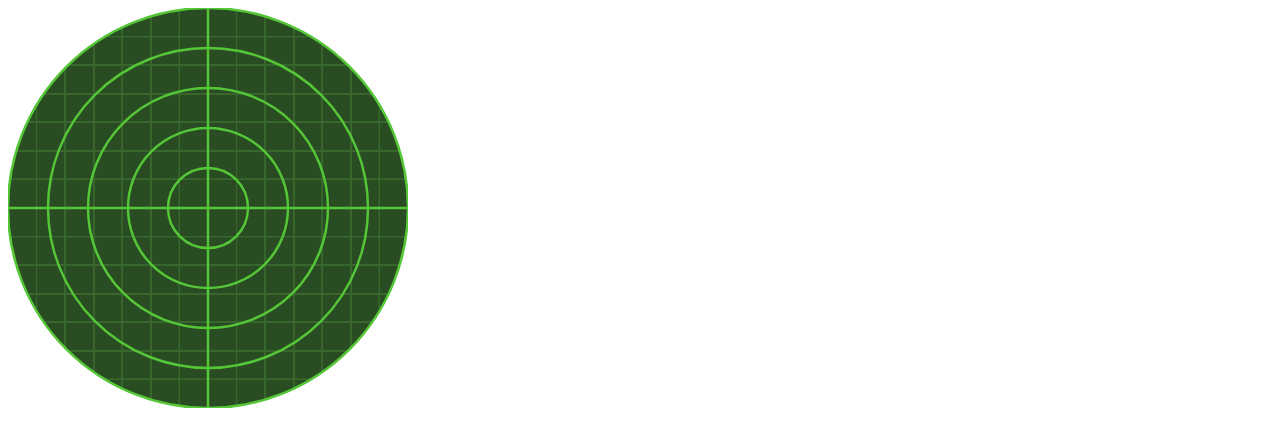
Repository: pedro-mancano/ProjetoCDM204
Page: scripts/radar.html
The author's editor kept a copy of each file at every save. The page is drawn from the files as they stood at one save, then again after the next save.
The browser window is 1280 px wide. The pictures show the whole page.

Above is the page before, as saved 2024-11-27 08:39:41.

### scripts/radar.html
<html>

<head>
  <title>Radars</title>
  <link rel="stylesheet" type="text/css" href="./radar.css">
</head>

<body>
  <div class="radar">
    <canvas id="radarCanvas" width="400" height="400"></canvas>
  </div>
  <script src="./radar.js"></script>

</html>

### scripts/radar.js
const canvas = document.getElementById('radarCanvas');
const ctx = canvas.getContext('2d');
let lastDraw = performance.now();

function draw(elapsed) {
  ctx.clearRect(0, 0, canvas.width, canvas.height);

  const height = canvas.height;
  const width = canvas.width;
  const R = canvas.height / 2;


  // Draw the radar circle
  ctx.fillStyle = '#294c22';
  ctx.beginPath();
  ctx.arc(R, R, 200, 0, 2 * Math.PI);
  ctx.fill();

  //
  ctx.strokeStyle = '#3a682e';
  ctx.lineWidth = 1;
  for (let i = 0; i < 2 * R; i += R / 7) {
    for (let j = 0; j < 2 * R; j += R / 7) {
      ctx.beginPath();
      ctx.moveTo(i, 0);
      ctx.lineTo(i, 2 * R);
      ctx.stroke();
      ctx.beginPath();
      ctx.moveTo(0, j);
      ctx.lineTo(2 * R, j);
      ctx.stroke();
    }
  }

  // Clear the outside circle
  ctx.globalCompositeOperation = 'destination-in';
  ctx.fillStyle = '#FFFFFF';
  ctx.beginPath();
  ctx.arc(R, R, 200, 0, 2 * Math.PI);
  ctx.fill();
  ctx.globalCompositeOperation = 'source-over';


  // Draw grid lines (4 lines, 90 degrees apart)
  ctx.strokeStyle = '#54c638';
  ctx.lineWidth = 2.5;
  for (let i = 0; i < 360; i += 90) {
    ctx.beginPath();
    ctx.moveTo(R, R);
    ctx.lineTo(R + 200 * Math.cos(i * Math.PI / 180), R + 200 * Math.sin(i * Math.PI / 180));
    ctx.stroke();
  }

  // Circle outlines 5
  for (let i = 0; i < 6; i++) {
    ctx.beginPath();
    ctx.arc(R, R, R / 5 * i, 0, 2 * Math.PI);
    ctx.stroke();
  }
}

function drawLoop() {
  draw(performance.now() - lastDraw);
  lastDraw = performance.now();
  requestAnimationFrame(drawLoop);
}

requestAnimationFrame(drawLoop);

Loaded but not shown: scripts/radar.css (no stored copy; drawn as an empty file)

After the next save:
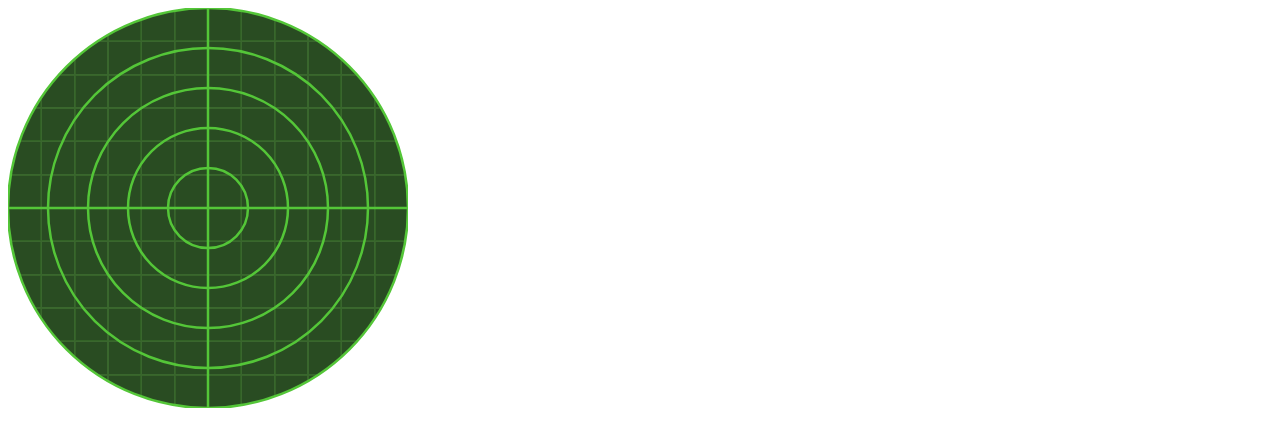
Saved 4 s later.
--- a/scripts/radar.js
+++ b/scripts/radar.js
@@ -19,8 +19,8 @@ function draw(elapsed) {
   //
   ctx.strokeStyle = '#3a682e';
   ctx.lineWidth = 1;
-  for (let i = 0; i < 2 * R; i += R / 7) {
-    for (let j = 0; j < 2 * R; j += R / 7) {
+  for (let i = 0; i < 2 * R; i += R / 6) {
+    for (let j = 0; j < 2 * R; j += R / 6) {
       ctx.beginPath();
       ctx.moveTo(i, 0);
       ctx.lineTo(i, 2 * R);
